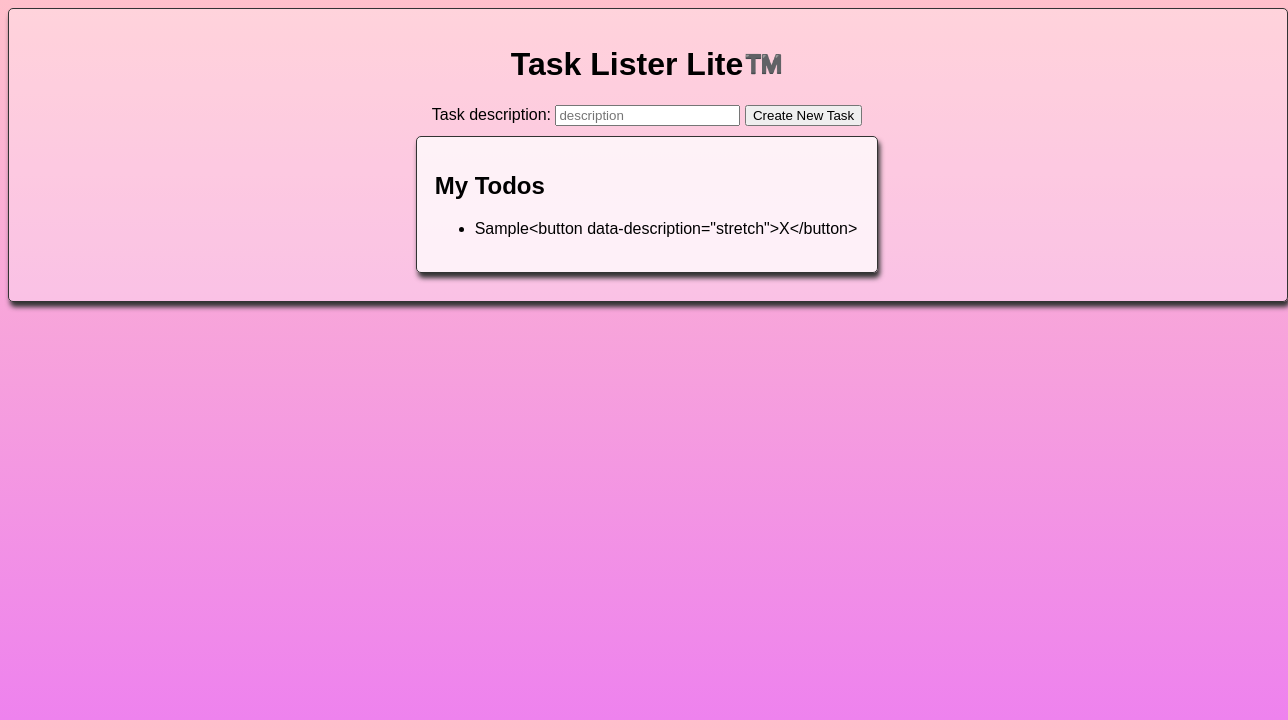
Repository: learn-co-students/jsdom-task-lister-lite-onl01-seng-pt-012120
Page: index.html
These files come from the project's save history. The page is drawn as it stood at one moment and after the next save; the edit follows.
The browser window is 1280 px wide. The page is 1288 px wide, so the pictures cover 1288 px, including what lies to the right of the window. The pictures show the whole page.
Empty fields were first filled with sample values (such as "Sample", 5 or name@example.com).
After loading, the first visible `#create-task-form` was submitted once.

Above is the page before, as saved 2020-07-28 10:42:48.

### index.html
<!DOCTYPE HTML>
<html lang="en">
<head>
  <meta charset="UTF-8">
  <title>Flatiron Task Lister</title>
  <link rel="stylesheet" href="./style.css">
</head>
<body>
  <div id="main-content">
    <h1>Task Lister Lite™️</h1>

    <form id="create-task-form" action="#" method="post">
      <label for="new-task-description">Task description:</label>
      <input type="text" id="new-task-description" name="new-task-description" placeholder="description">
      <input type="submit" value="Create New Task">
    </form>

    <div id="list">
      <h2>My Todos</h2>
      <ul id="tasks">
      </ul>
    </div>

    <script src="./src/index.js"></script>
  </div>

</body>
</html>

### style.css
html {
  height: 100%;
  width: 100%;
  font-family: "Titillium Web", sans-serif;
}

body {
  min-height: 100%;
  min-width: 100%;
  background: linear-gradient(pink, violet);
}

button {
  font-size: 7px;
}

#main-content {
  position: relative;
  display: flex;
  justify-content: center;
  align-items: center;
  flex-direction: column;
  border: 1px solid #333;
  background: rgba(255, 255, 255, 0.3);
  padding: 15px 20px 18px 18px;
  border-radius: 5px;
  box-shadow: 2px 5px 5px #333;
}

#list {
  margin: 10px;
  border: 1px solid #333;
  background: rgba(255, 255, 255, 0.75);
  padding: 15px 20px 18px 18px;
  border-radius: 5px;
  box-shadow: 2px 5px 5px #333;
}

### src/index.js
document.addEventListener("DOMContentLoaded", () => {
  //list element of the document ~My ToDos~ When the document is created it creates a new list
  const tasks = document.querySelector('#tasks');

  //form element that will be listening to for the submit
  let tf = document.querySelector('#create-task-form');
  /// cancel submit and get new task send it to function to add a list item
  tf.addEventListener('submit', function (event) {
    event.preventDefault();
    let t = document.querySelector('#new-task-description');
    addToDoTask(t.value);
    t.value = "";
  });


  /// add task element ti the tasks table
  let addToDoTask = (task) => {
    if (task) {
      let li = document.createElement('li');
      li.innerText = task + '<button data-description="stretch">X</button>';
      tasks.appendChild(li);
    };
  };

});

After the next save:
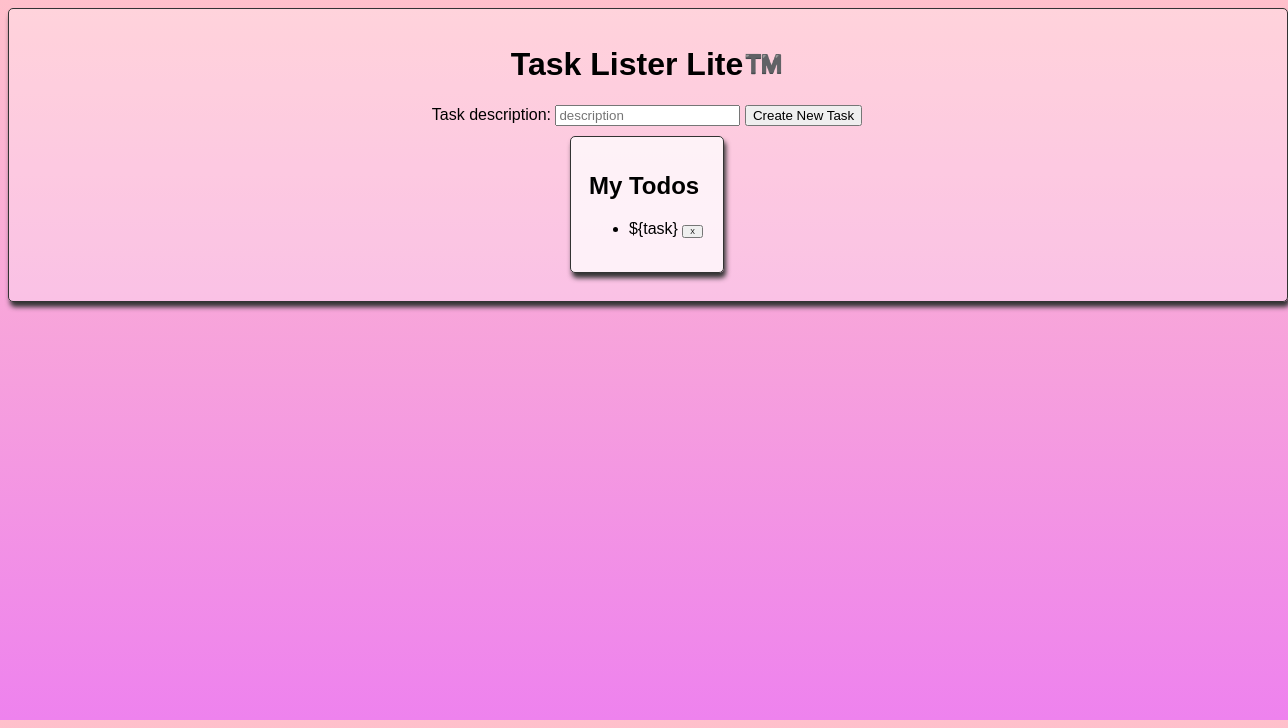
Saved 112 s later.
--- a/src/index.js
+++ b/src/index.js
@@ -17,7 +17,7 @@ document.addEventListener("DOMContentLoaded", () => {
   let addToDoTask = (task) => {
     if (task) {
       let li = document.createElement('li');
-      li.innerText = task + '<button data-description="stretch">X</button>';
+      li.innerHTML = "${task} <button data-description=${task}>X</button>";
       tasks.appendChild(li);
     };
   };
